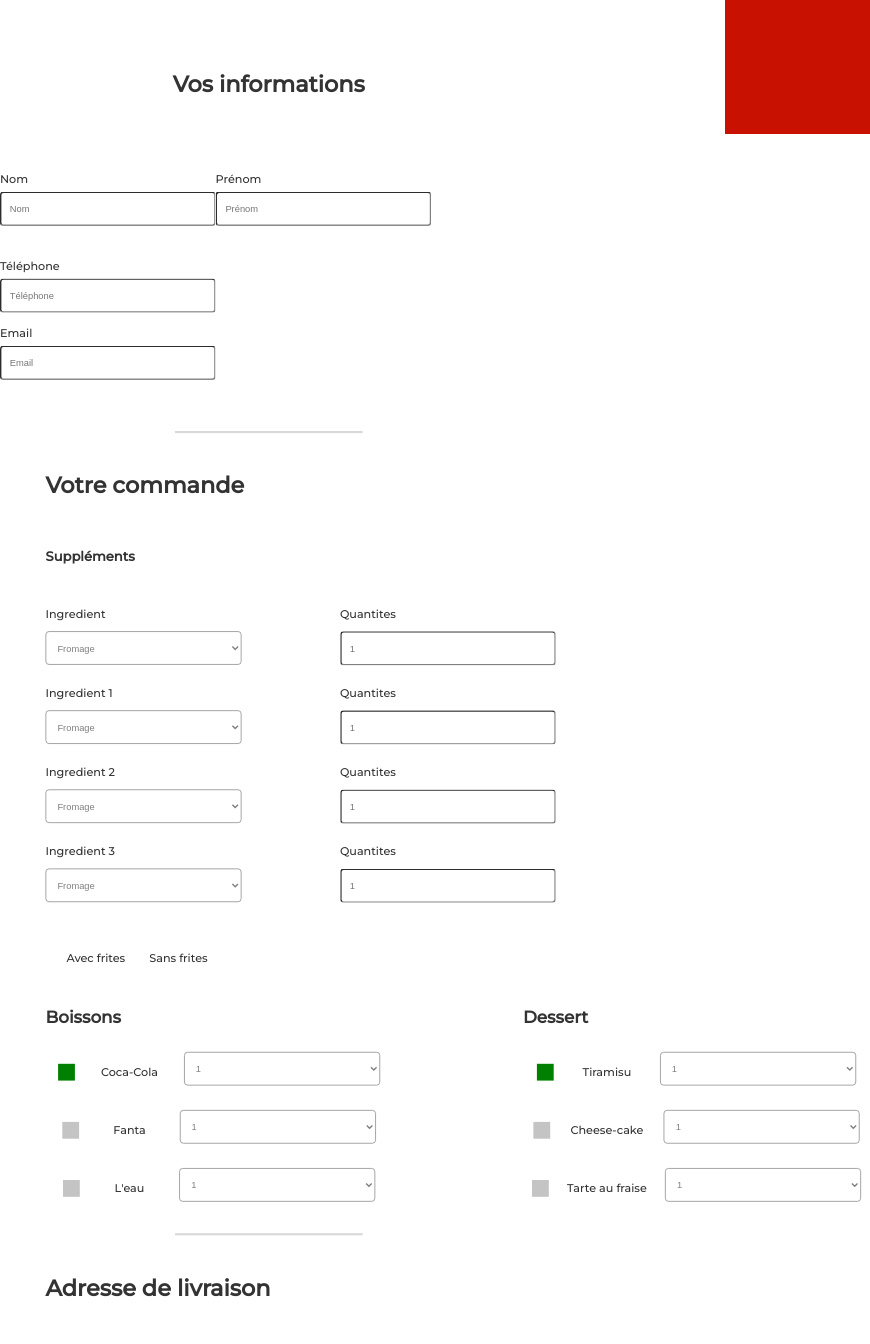
Repository: Ahlam-belhadj/bella-olange
Page: index2.html
These files come from the project's save history. The page is drawn as it stood at one moment and after a run of saves; the edit follows.
The browser window is 768 px wide. The page is 1243 px wide, so the pictures cover 1243 px, including what lies to the right of the window. The pictures show the part of the page from y = 704 to 2624 px (the page is 3487 px tall before and 3775 px after), at 70% of full size.

Above is the page before, as saved 2023-02-12 01:09:35.

### index2.html
<!DOCTYPE html>
<html lang="en">

<head>
    <meta charset="UTF-8">
    <meta http-equiv="X-UA-Compatible" content="IE=edge">
    <meta name="viewport" content="width=device-width, initial-scale=1.0">
    <link rel="stylesheet" href="style2.css">
    <title>Bella olanje</title>
</head>

<body>
  <header>
    <nav>
      <div class="logo"><img  class="logo" src="image/logo_bella_olonje.png" alt="logo"></div>
      <ul>
          <li><a href="#" class="nav-link">Home</a></li>
          <li><a href="#" class="nav-link">Pizza</a></li>
          <li><a href="#" class="nav-link">Burgers</a></li>
          <li><a href="#" class="nav-link">Salade</a></li>
          <li><a href="#" class="nav-link">Contact</a></li>

      </ul>
      <div class="icon_navbar">
          <label for="click" class="menu-btn">
            <i class="fas fa-bars"></i>
          </label>
      </div>
    </nav>

    <div class="title">
        <div class="texte">
            <h3>Food app</h3>
            <h1>Chez Bella <br>
                chaque désire s'additionne.</h1>
        </div>
    </div>
</header>




    <main>
      <div class="infos" id="form-infos">
        <form>
          <h1>Vos informations</h1>

          <div class="grp_infos">
            <div class="nom_prenom">
              <div class="label1">
                <label class="label_nom">Nom</label><br>
                <input type="text" placeholder="Nom">
              </div>
              <div class="label1">
                <label class="label_nom">Prénom</label><br>
                <input type="text" placeholder="Prénom">
              </div>
            </div>

            <div class="telephone_email">
              <div class="label1">
                <label class="label_nom">Téléphone</label><br>
                <input type="text" placeholder="Téléphone">
              </div>
              <div class="label1">
                <label class="label_nom">Email</label><br>
                <input type="text" placeholder="Email">
              </div>
            </div>
          </div>
        </form>
      </div>

      <hr>

      <div class="commande">
        <form>
          <h1>Votre commande</h1>
          <h3>Suppléments</h3>
          <div class="grp_suppliment">
            <div class="ingredient_quantite">
              <div class="fromage">
                <label>Ingredient</label><br>
                <select name="ingr" class="suppléments">
                  <option value="fromage">Fromage</option>
                  <option value="fromage">Fromage</option>
                  <option value="fromage">Fromage</option>
                  <option value="fromage">Fromage</option>
                  <option value="fromage">Fromage</option>
                  <option value="fromage">Fromage</option>
                  <option value="fromage">Fromage</option>
                </select>
              </div>
              <div class="box">
                <label>Quantites</label><br>
                <input type="number" min="0" placeholder="1">
              </div>
            </div>

            <div class="ingredient_quantite">
             <div class="fromage">
                <label>Ingredient 1</label><br>
                <select name="ingr" class="suppléments">
                  <option value="fromage">Fromage</option>
                  <option value="fromage">Fromage</option>
                  <option value="fromage">Fromage</option>
                  <option value="fromage">Fromage</option>
                  <option value="fromage">Fromage</option>
                  <option value="fromage">Fromage</option>
                  <option value="fromage">Fromage</option>
                </select>
              </div>
              <div class="box">
                <label>Quantites</label><br>
                <input type="number" min="0" placeholder="1">
              </div>
            </div>

            <div class="ingredient_quantite">
              <div class="fromage">
                <label>Ingredient 2</label><br>
                <select name="ingr" class="suppléments">
                  <option value="fromage">Fromage</option>
                  <option value="fromage">Fromage</option>
                  <option value="fromage">Fromage</option>
                  <option value="fromage">Fromage</option>
                  <option value="fromage">Fromage</option>
                  <option value="fromage">Fromage</option>
                  <option value="fromage">Fromage</option>
                </select>
              </div>
              <div class="box">
                <label>Quantites</label><br>
                <input type="number" min="0" placeholder="1">
              </div>
            </div>

            <div class="ingredient_quantite">
              <div class="fromage">
                <label>Ingredient 3</label><br>
                <select name="ingr" class="suppléments">
                  <option value="fromage">Fromage</option>
                  <option value="fromage">Fromage</option>
                  <option value="fromage">Fromage</option>
                  <option value="fromage">Fromage</option>
                  <option value="fromage">Fromage</option>
                  <option value="fromage">Fromage</option>
                  <option value="fromage">Fromage</option>
                </select>
              </div>
              <div class="box">
                <label>Quantites</label><br>
                <input type="number" min="0" placeholder="1">
              </div>
            </div>
          </div>


          <div class="check2">
            <label class="container">Avec frites
              <input type="radio" checked="checked" name="radio">
              <span class="checkmark"></span>
            </label>
            <label class="container">Sans frites
              <input type="radio" name="radio">
              <span class="checkmark"></span>
            </label>
          </div>


          <div class="all">
            <div class="content_of_boisson">
                <h2>Boissons</h2>
                <div class="boissons">
                    <div class="carre"></div>
                    <label>Coca-Cola</label>
                    <select name="Fromage" class="Fromage" style="margin-top: 10px;">
                      <option value="">1</option>
                      <option value="">2</option>
                      <option value="">3</option>
                      <option value="">4</option>
                    </select>
                </div>
                <div class="boissons">
                    <div class="carre grey"></div>
                    <label>Fanta</label>
                    <select name="Fromage" class="Fromage" style="margin-top: 10px;">
                      <option value="">1</option>
                      <option value="">2</option>
                      <option value="">3</option>
                      <option value="">4</option>
                    </select>
                </div>
                <div class="boissons">
                    <div class="carre grey"></div>
                    <label>L'eau</label>
                    <select name="Fromage" class="Fromage" style="margin-top: 10px;">
                      <option value="">1</option>
                      <option value="">2</option>
                      <option value="">3</option>
                      <option value="">4</option>
                    </select>
                </div>
            </div>

            <div class="content_of_dessert">
                <h2>Dessert</h2>
                <div class="boissons dessert">
                    <div class="carre"></div>
                    <label>Tiramisu</label>
                    <select name="Fromage" class="Fromage" style="margin-top: 10px;">
                        <option value="">1</option>
                        <option value="">2</option>
                        <option value="">3</option>
                        <option value="">4</option>
                    </select>
                </div>
                <div class="boissons dessert">
                    <div class="carre grey"></div>
                    <label>Cheese-cake</label>
                    <select name="Fromage" class="Fromage" style="margin-top: 10px;">
                      <option value="">1</option>
                      <option value="">2</option>
                      <option value="">3</option>
                      <option value="">4</option>
                    </select>
                </div>
                <div class="boissons dessert">
                    <div class="carre grey"></div>
                    <label>Tarte au fraise</label>
                    <select name="Fromage" class="Fromage" style="margin-top: 10px;">
                      <option value="">1</option>
                      <option value="">2</option>
                      <option value="">3</option>
                      <option value="">4</option>
                    </select>
                </div>
            </div>
            </div>
        </form>
      </div>

      <hr>

      <div class="livraison">
        <form>
          <h1>Adresse de livraison</h1>
          <div class="grp_infos">
            <div class="nom_prenom">
              <div class="label1">
                <label class="label_nom">Nom</label><br>
                <input type="text" placeholder="Nom">
              </div>
              <div class="label1">
                <label class="label_nom">Prénom</label><br>
                <input type="text" placeholder="Prénom">
              </div>
            </div>

            <div class="telephone_email">
              <div class="label1">
                <label class="label_nom">Téléphone</label><br>
                <input type="text" placeholder="Téléphone">
              </div>
              <div class="label1">
                <label class="label_nom">Email</label><br>
                <input type="text" placeholder="Email">
              </div>
            </div>
            <div class="nom_prenom">
              <div class="label1">
                <label class="label_nom">Adresse</label><br>
                <input type="text" placeholder="Adresse">
              </div>
              <div class="label1">
                <label class="label_nom">Code postale</label><br>
                <input type="text" placeholder="Code postale">
              </div>
            </div>

            <div class="telephone_email">
              <div class="label1">
                <label class="label_nom">Ville</label><br>
                <input type="text" placeholder="Ville">
              </div>
              <div class="label1">
                <label class="label_nom">Pays</label><br>
                <input type="text" placeholder="Pays">
              </div>
            </div>
          </div>
            <div class="div_button"><button class="button" type="button">Envoyer</button></div>
        </form>

      </div>
    </main>

</body>

</html>

### style2.css
@import url('https://fonts.googleapis.com/css2?family=Montserrat:wght@100;200;500&display=swap');

body {
    font-family: Montserrat, sans-serif;
    margin: auto;
}


.logo {
    height: 80px;
}

nav {
    display: flex;
    height: 80px;
    width: 100%;
    background: white;
    align-items: center;
    justify-content: space-between;
    padding: 0 50px 0 100px;
    flex-wrap: wrap;
  }

  nav .logo {
    color: #fff;
    font-size: 20px;
    text-transform: uppercase;
    text-decoration: none;
  }

  nav a {
    color: #fff;
    text-decoration: none;
  }

  nav ul {
    display: flex;
    flex-wrap: wrap;
    list-style: none;

  }

  nav ul li {
    margin: 0 5px;
  }

  nav ul li a {
    color: black;
    text-decoration: none;
    font-size: 16px;
    font-weight: 500;
    padding: 8px 15px;
    border-radius: 5px;
    letter-spacing: 1px;
    transition: all 0.3s ease;
  }

  nav .icon_navbar {
    display: flex;
  }



  nav .menu-btn i {
    color: #050505;
    font-size: 22px;
    cursor: pointer;

  }

  input[type="checkbox"] {
    display: none;
  }

  @media (max-width: 1000px) {
    nav {
      padding: 0 40px 0 50px;
    }

    nav .logo {
      color: #fff;
      font-size: 16px;
      text-transform: uppercase;
    }
  }

  @media (max-width: 1250px) {
    nav .menu-btn i {
      display: block;
    }

    #click:checked~.menu-btn i:before {
      content: "\f00d";
    }

    nav ul {
      position: fixed;
      top: 80px;
      right: -100%;
      background: #C81100;
      height: 100vh;
      width: 60%;
      text-align: center;
      display: block;
      transition: all 0.3s ease;
    }

    #click:checked~ul {
      right: 0;
    }

    nav ul li {
      width: 100%;
      margin: 40px 0;
    }

    nav ul li a {
      width: 100%;
      display: block;
      font-size: 20px;
      transition: 0.6s cubic-bezier(0.68, -0.55, 0.265, 1.55);
    }

    #click:checked~ul li a {
      margin-left: 0px;
    }

    nav ul li a.active,
    nav ul li a:hover {
      background: none;
      color: #1E1E1E;
    }
  }
.title {
  background-image: url(image/Rectangle\ 48.png);
  height: 619px;
  background-repeat: no-repeat;
  background-position: center;
  background-size: cover;



}

.texte{
    color: white;
    display: flex;
    align-items: center;
    justify-content: center;
    flex-direction: column;
    text-align: center;
    height: 50%;
}



/*food_app*/
.title_food_app {
    padding-top: 50px;
}

.food_app{
    background-image: url(./img/food_app.png);
    min-height: 90vh;
    background-repeat: no-repeat;
    background-position: center;
    background-size: cover;
}
.title_food_app h3 {
    font-family: 'Montserrat';
    font-style: normal;
    font-weight: 550;
    font-size: 24px;
    line-height: 36px;
    text-align: center;
    letter-spacing: 0.1px;
    color: #F7F7F7;
    padding-top: 50px;
}

.title_food_app{

    font-family: Montserrat;
    font-style: normal;
    font-weight: 600;
    font-size: 58px;
    line-height: 80px;
    text-align: center;
    letter-spacing: 0.2px;
    color: #FFFFFF;
}

.title_pizza {
    display: flex;
    justify-content: center;
    color: #000000;
}
/*food_app*/


/*infos*/


.ingredient_quantite{
    display: flex;
    flex-direction:row;
    justify-content: flex-start;
    gap: 20%;
    margin-bottom: 10px;
}


main {
    color: #333333;
}

.label1 input {
    width: 280px;
    height: 35px;
    margin-bottom: 20px;
    margin-top: 8px;
    padding: 5px 12px;
    color: grey;
    border-radius: 5px;
    border-color: gray;
}


.infos h1 {
    padding: 85px;
}

hr {
    height: 3px;
    background-color:#d8d8d8;
    border: none;
    margin: 25px 250px 25px;
}

.nom_prenom {
    display: flex;
    justify-content: space-around;
    padding-right: 400px;
    padding-bottom: 28px;
}
.telephone_email {
    display: flex;
    justify-content: space-around;
    padding-right: 400px;
    padding-bottom: 28px;
}

/*infos*/

/*livraison*/

.livraison h1 {
    margin-left: 65px;
    padding-top: 30px;
    padding-bottom: 50px;
}
/*livraison*/

/*commande*/
.suppléments {
    width: 280px;
    height: 48px;
    margin-bottom: 20px;
    margin-top: 15px;
    padding: 5px 12px;
    color: grey;
    border-radius: 5px;
    border-color: gray;
    background-color: #FFFFFF;
}


.commande {
    margin-left: 65px;
}

.commande h1 {
    padding-top: 30px;
}

.commande h3 {
    padding-top: 50px;
    padding-bottom: 42px;
}

.box input {
    width: 280px;
    height: 35px;
    margin-bottom: 20px;
    margin-top: 15px;
    padding: 5px 12px;
    color: grey;
    border-radius: 5px;
    border-color: gray;
}

.boissons_dessert {
    display: flex;
    flex-direction: row;
}

/*commande*/


.div_button {
    padding: 50px 150px 70px 0px;
    display: flex;
    justify-content: flex-end;
}

button {
    border: 0;
    line-height: 2.5;
    width: 120px;
    padding: 0 18px;
    font-size: 18px;
    text-align: center;
    color: #fff;
    border-radius: 20px;
    background-color: #FA4A0C;
    box-shadow: 1px 1px 5px #B73227;
}


/*dessert et boissons*/

.avec, .sans {
    display: flex;
    flex-direction: row;
    justify-content: space-around;
    width: 150px;
    height: 40px;
    align-items: center;
}

.sans_f {
    padding-top: 39px;
    padding-left: 50px;
}
.avec_f {
    padding-left: 10px;
}

.boissons{
    display: flex;
    align-items: center;
    justify-content: space-around;
    width: 31rem;
    padding-top: 5px;
}

.carre {
    width: 24px;
    height: 24px;
    background-color: green;
}

.carre.grey {
    background-color: #C4C4C4;
}

.all {
    display: flex;
}

.content_of_dessert {
    margin-left: 186px;
}

.Fromage {
    padding: 7px;
    border-radius: 5px;
    width: 280px;
    height: 48px;
    margin-bottom: 20px;
    margin-top: 8px;
    padding: 5px 12px;
    color: grey;
    border-radius: 5px;
    border-color: gray;
    background-color: #FFFFFF;
}
/*dessert et boissons*/


/*checkbox*/
.check2 {
    padding-top: 40px;
    padding-bottom: 40px;
}
.container {
    padding-left: 30px;
    margin-bottom: 12px;
    cursor: pointer;
    font-size: 16px;


  }

  .container input {
    position: absolute;
    opacity: 0;
    cursor: pointer;
  }

  .checkmark {
    position: absolute;
    top: 0;
    left: 0;
    height: 21px;
    width: 21px;
    background-color: rgba(176, 176, 176, 0.677);
    border-radius: 50%;
}




  .container input:checked  .checkmark {
    background-color: #2e3983;
  }

  .checkmark:after {
    position: absolute;
    display: none;
  }

  .container input:checked ~ .checkmark:after {
    display: block;
  }

  .container .checkmark:after {
       top: 9px;
      left: 9px;
      width: 8px;
      background: white;
  }
/*checkbox*/

@media (max-width:800px) {
.infos h1{
    text-align: center;
}
.nom_prenom {
    display: flex;
    justify-content: space-around;
    padding-right: 400px;
    padding-bottom: 28px;
}
.telephone_email {
   flex-direction: column;
}
}

After the next 3 saves:
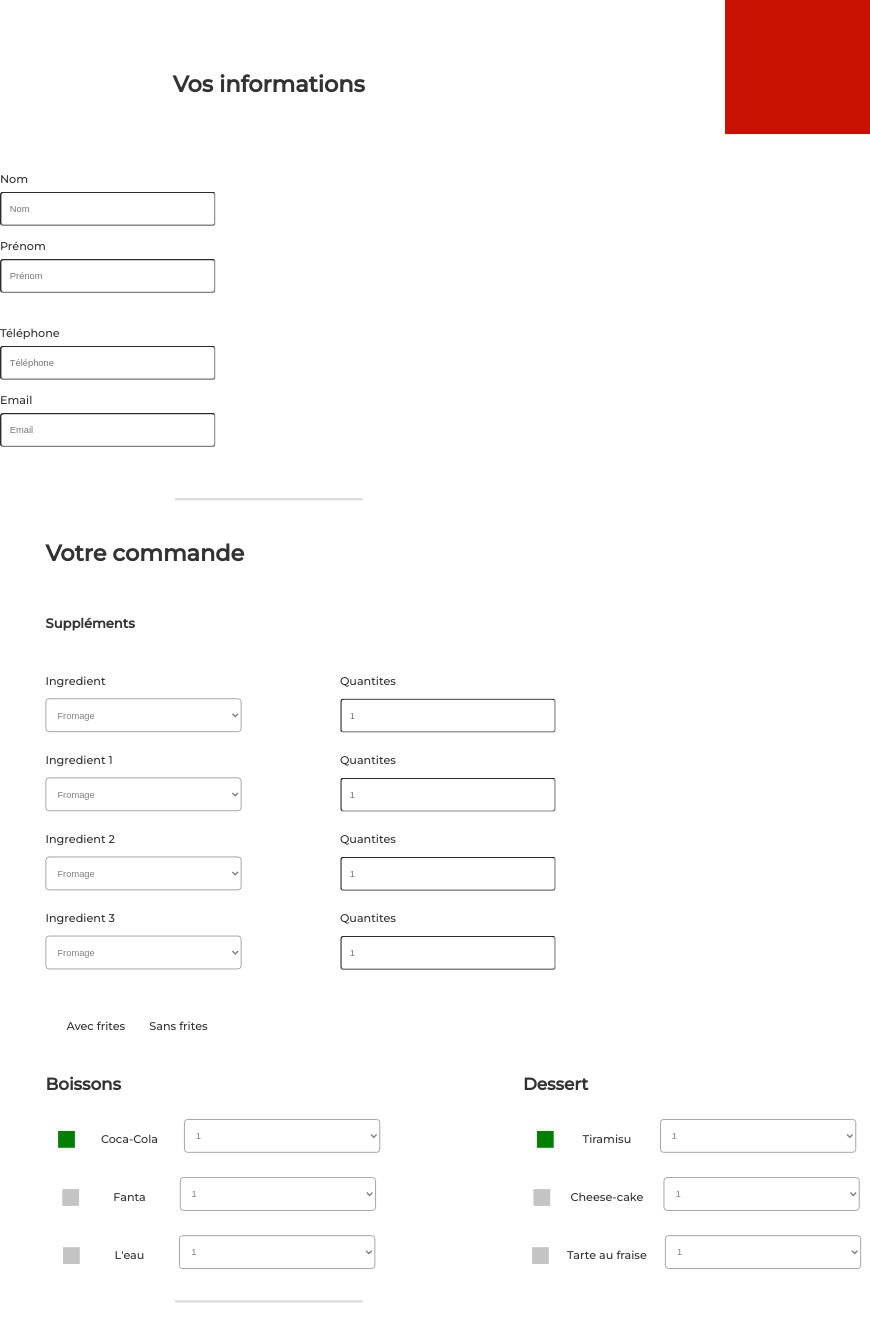
The 3 saves are shown as one change because they came seconds apart.
The last was saved 7 s later.
--- a/style2.css
+++ b/style2.css
@@ -447,10 +447,7 @@ button {
     text-align: center;
 }
 .nom_prenom {
-    display: flex;
-    justify-content: space-around;
-    padding-right: 400px;
-    padding-bottom: 28px;
+   flex-direction: column;
 }
 .telephone_email {
    flex-direction: column;
